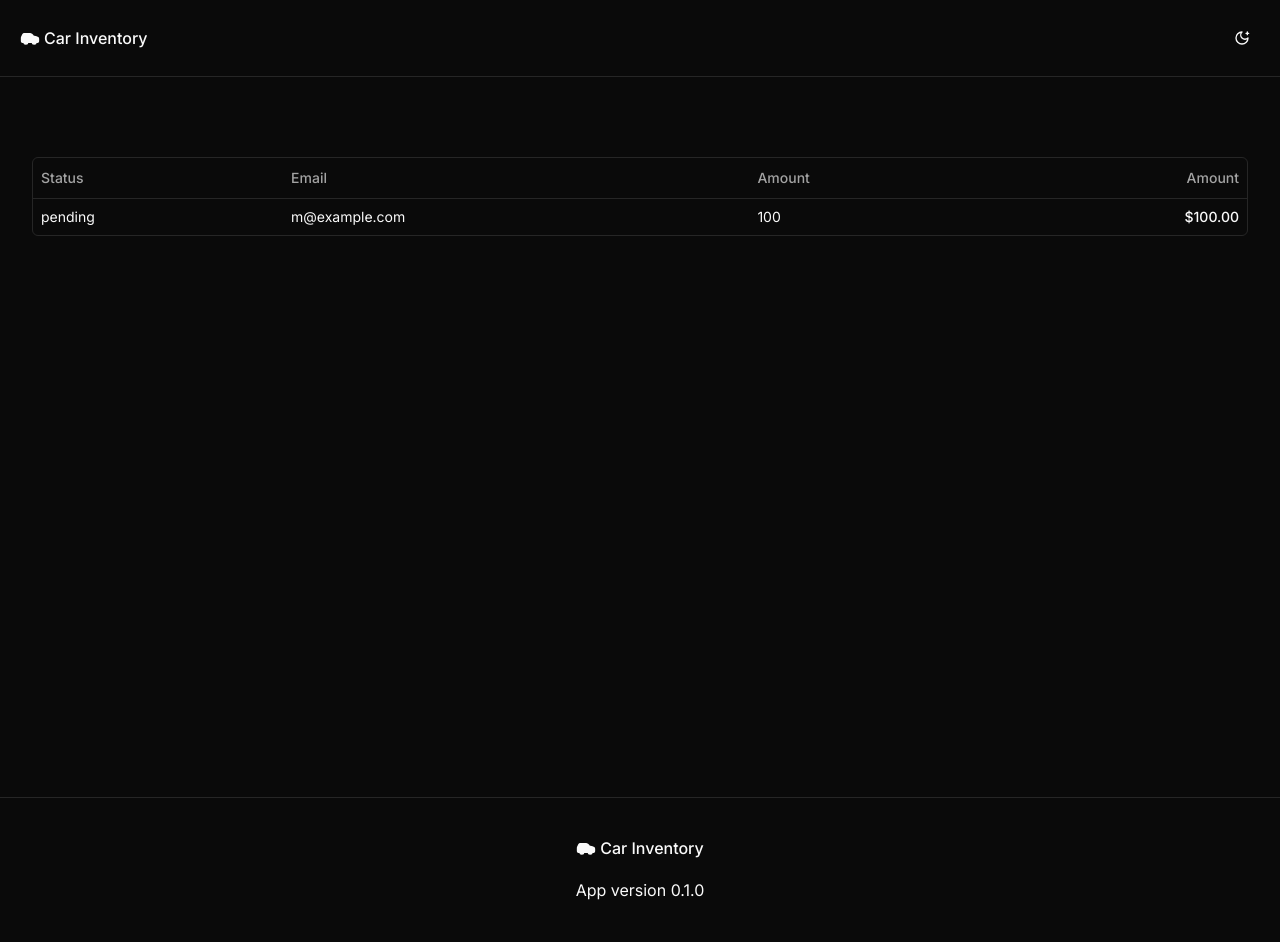
Repository: tushcmd/car-inventory
Page: /payments (app in frontend/)
These files come from the project's save history. The page is drawn as it stood at one moment and after the next save; the edit follows.
The browser window is 1280 px wide. The pictures show the whole page.
The project was rebuilt for these pictures with package versions that can differ from the ones it lists, and the page was loaded fresh each time. The framework's server and built-in components were replaced by stand-ins that run in the browser. Also part of the build but not shown: frontend/next.config.mjs.

Above is the page before, as saved 2024-05-12 03:54:35.

After the next save:
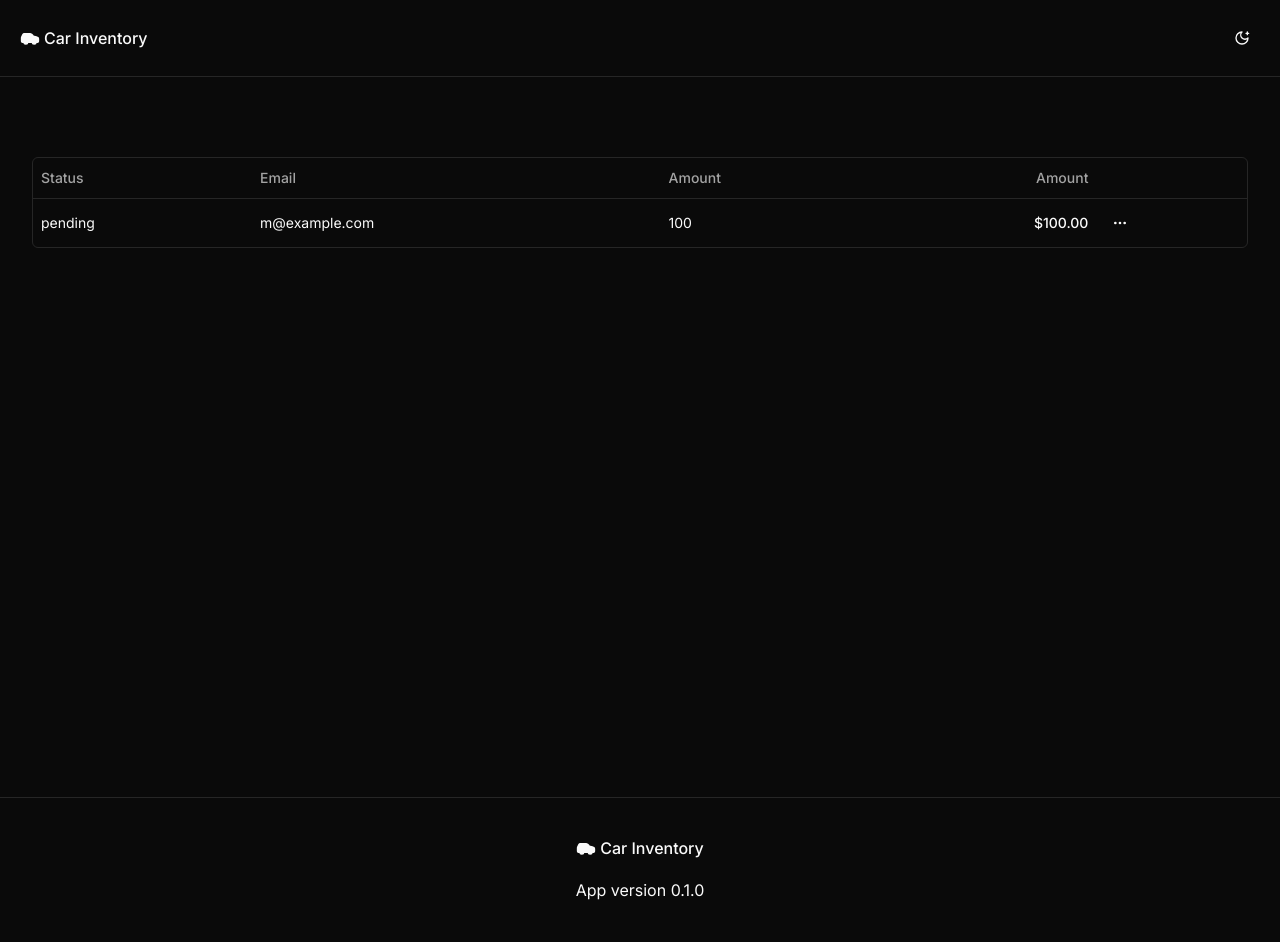
Saved 3 min 34 s later.
--- a/frontend/app/payments/columns.tsx
+++ b/frontend/app/payments/columns.tsx
@@ -1,6 +1,18 @@
 "use client"
 
 import { ColumnDef } from "@tanstack/react-table"
+
+import { MoreHorizontal } from "lucide-react"
+
+import { Button } from "@/components/ui/button"
+import {
+  DropdownMenu,
+  DropdownMenuContent,
+  DropdownMenuItem,
+  DropdownMenuLabel,
+  DropdownMenuSeparator,
+  DropdownMenuTrigger,
+} from "@/components/ui/dropdown-menu"
 
 // This type is used to define the shape of our data.
 // You can use a Zod schema here if you want.
@@ -37,4 +49,32 @@ export const columns: ColumnDef<Payment>[] = [
       return <div className="text-right font-medium">{formatted}</div>
     },
   },
+  {
+    id: "actions",
+    cell: ({ row }) => {
+      const payment = row.original
+
+      return (
+        <DropdownMenu>
+          <DropdownMenuTrigger asChild>
+            <Button variant="ghost" className="h-8 w-8 p-0">
+              <span className="sr-only">Open menu</span>
+              <MoreHorizontal className="h-4 w-4" />
+            </Button>
+          </DropdownMenuTrigger>
+          <DropdownMenuContent align="end">
+            <DropdownMenuLabel>Actions</DropdownMenuLabel>
+            <DropdownMenuItem
+              onClick={() => navigator.clipboard.writeText(payment.id)}
+            >
+              Copy payment ID
+            </DropdownMenuItem>
+            <DropdownMenuSeparator />
+            <DropdownMenuItem>View customer</DropdownMenuItem>
+            <DropdownMenuItem>View payment details</DropdownMenuItem>
+          </DropdownMenuContent>
+        </DropdownMenu>
+      )
+    },
+  },
 ]
